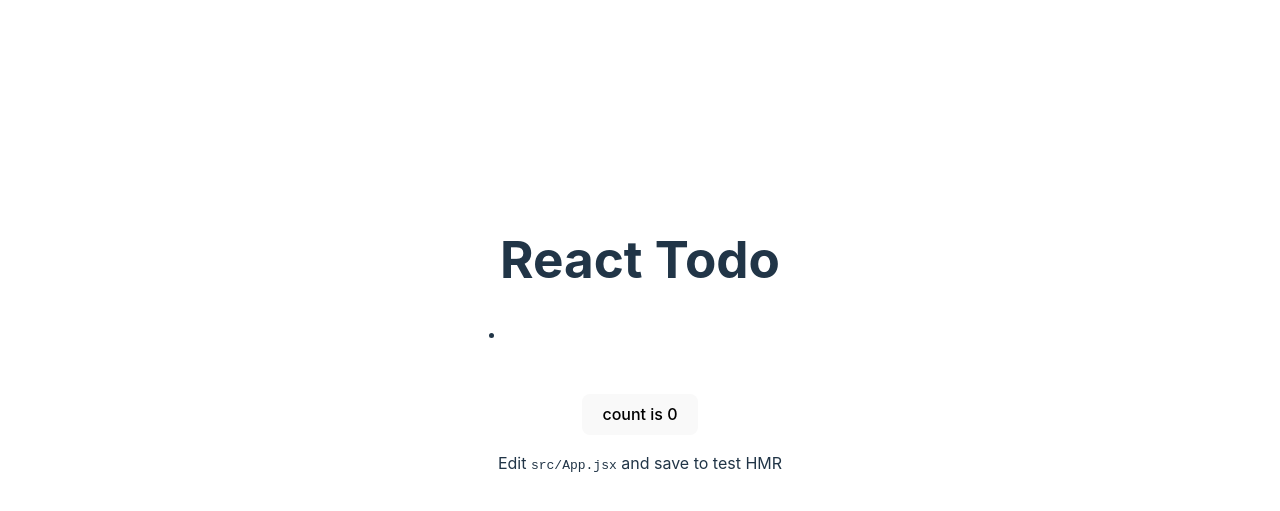
Repository: feyroozecode/React-Todo
Page: /
An editor plug-in stored every save of this project. The page is shown before and after the next save, followed by the edit.
The browser window is 1280 px wide. The pictures show the whole page.
The project was rebuilt for these pictures with package versions that can differ from the ones it lists, and the page was loaded fresh each time. Also part of the build but not shown: vite.config.js.

Above is the page before, as saved 2023-09-20 18:00:21.

### src/App.jsx
import { useState } from 'react'
import reactLogo from './assets/react.svg'
import viteLogo from '/vite.svg'
import './App.css'

export default function App() {
  const [todo, setTodo]   = useState("")
  const [todos]           = useState([])
  const [count, setCount] = useState(0)

  return (
    <>
      <div>
        <center> <h1> React Todo </h1> </center>
      </div>

      <div class="">
        <center>
           <ul>
              <li></li>
           </ul>
        </center>
      </div>

      <div className="card">
        <button onClick={() => setCount((count) => count + 1)}>
          count is {count}
        </button>
        <p>
          Edit <code>src/App.jsx</code> and save to test HMR
        </p>
      </div>

    <itemsList />

    </>
  )
}

function itemsList(todos) {
  todos.map((todo, index) =>{
   <ul>
     <li key={index}>
      { todo.text }
    </li>
   </ul>
  })
}

function addToList(todo) {

}

Loaded but not shown: index.html (common file); src/main.jsx (common file); src/index.css (common file); src/App.css (common file)

After the next save:
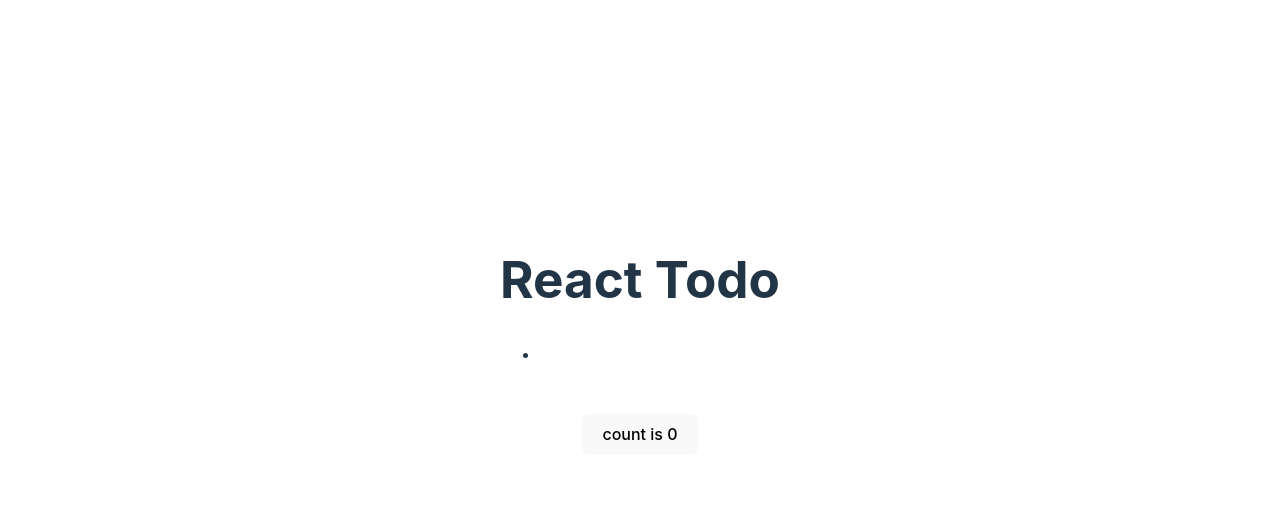
Saved 15 s later.
--- a/src/App.jsx
+++ b/src/App.jsx
@@ -27,7 +27,7 @@
           count is {count}
         </button>
         <p>
-          Edit <code>src/App.jsx</code> and save to test HMR
+
         </p>
       </div>
 
